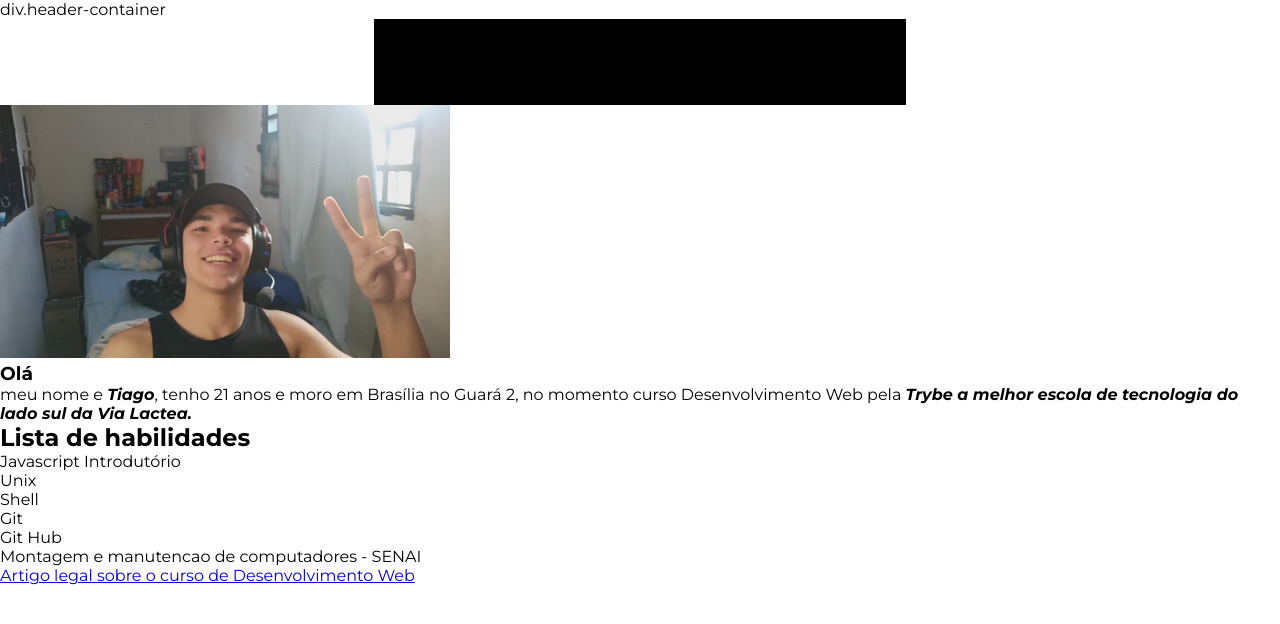
Repository: Batatiago/Batatiago.github.io
Page: index.html
These files come from the project's save history. The page is drawn as it stood at one moment and after the next save; the edit follows.
The browser window is 1280 px wide. The pictures show the whole page.

Above is the page before, as saved 2023-06-29 10:04:32.

### index.html
<!DOCTYPE html>
<html lang="pt-br">

<head>
  <meta charset="UTF-8">
  <title>Tiago de Andrade Lima</title>
  <link rel="preconnect" href="https://fonts.googleapis.com">
  <link rel="preconnect" href="https://fonts.gstatic.com" crossorigin>
  <link href="https://fonts.googleapis.com/css2?family=Montserrat:ital,wght@0,100;0,200;0,300;0,400;0,500;0,600;0,700;0,800;0,900;1,100;1,200;1,300;1,400;1,500;1,600;1,700;1,800;1,900&display=swap"
    rel="stylesheet">
  <link rel="stylesheet" href="style.css">
</head>

<body>
  div.header-container
  <div class="header">
    <h1 class="meuNome"> Tiago de Andrade Lima</h1>
    <p>Batata</p>
  </div>
  <div>
    <img src="2023-06-23-160707.jpg" alt="Imagem de Tiago" id="foto" width="450px">
    <h3>Olá</h3>
    <p class="descricao"> meu nome e <strong><em>Tiago</em></strong>, tenho 21 anos e moro em Brasília no Guará 2, no
      momento curso Desenvolvimento
      Web pela <strong><em>Trybe a melhor escola de tecnologia do lado sul da Via Lactea.</em></strong></p>
  </div>
  <div>
    <h2>Lista de habilidades</h2>
    <ul>
      <li class="javascript">Javascript Introdutório</li>
      <li class="unix">Unix</li>
      <li class="shell">Shell</li>
      <li class="git">Git</li>
      <li class="gitHub">Git Hub</li>
      <li>Montagem e manutencao de computadores - SENAI</li>
    </ul>
  </div>
  <a href="https://blog.betrybe.com/carreira/frontend/" target="_blank">Artigo legal sobre o curso de Desenvolvimento
    Web</a>
</body>

</html>

### style.css
* {
    margin: 0;
    padding: 0;
    border: 0;
}

body {
    font-family: 'Montserrat', sans-serif;
}

.header {
    background-color: black;
    text-align: auto;
    padding: 15px 10px;
    width: 40%;
    margin: auto;
}

.header-container {
    background-color: black;
}

.meuNome {
    font-family: sans-serif;
}

After the next save:
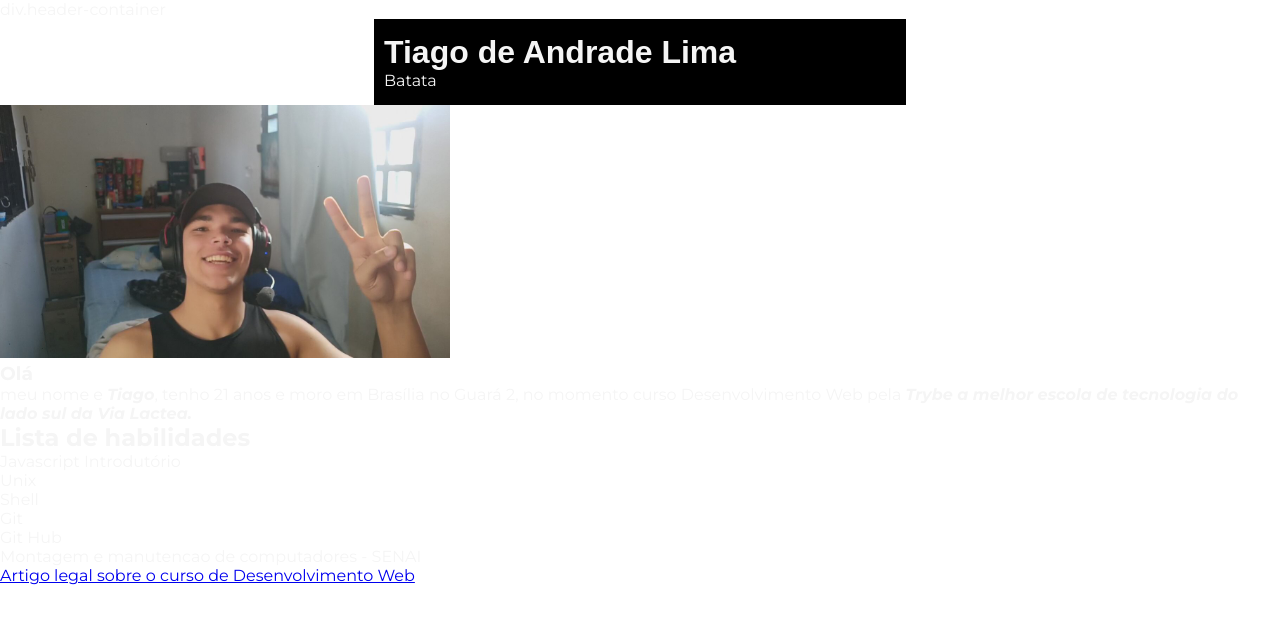
Saved 33 s later.
--- a/style.css
+++ b/style.css
@@ -6,6 +6,7 @@
 
 body {
     font-family: 'Montserrat', sans-serif;
+    color: whitesmoke;
 }
 
 .header {
